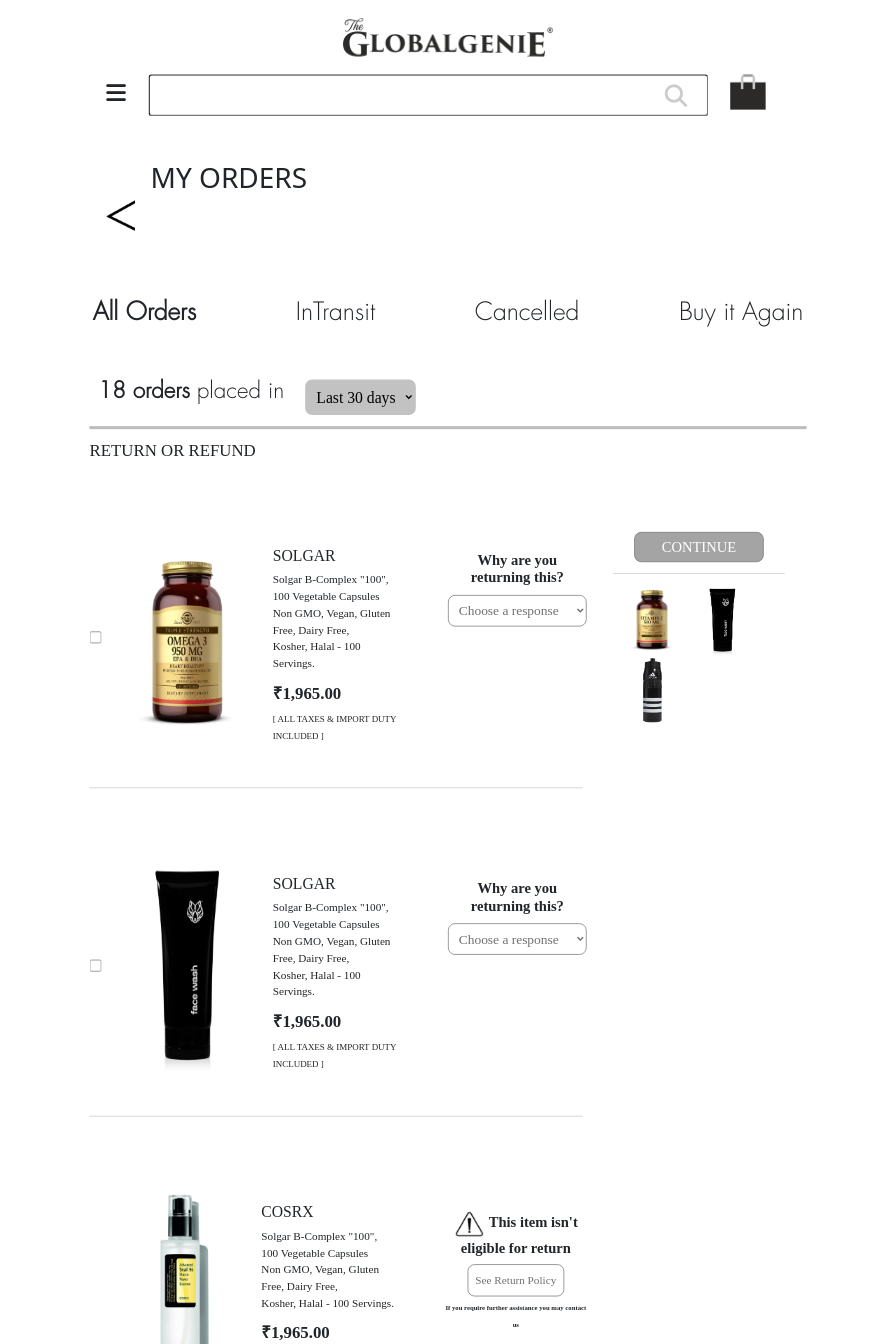
Repository: FlyweisReact/newGlobalGinie
Page: /return
An editor plug-in stored every save of this project. The page is shown before and after the next save, followed by the edit.
The browser window is 1280 px wide. The pictures show the part of the page from y = 0 to 1920 px (the page is 4357 px tall before and 4272 px after), at 70% of full size.
Some web libraries are served in a nearby version. The project was rebuilt for these pictures with package versions that can differ from the ones it lists, and the page was loaded fresh each time. Also part of the build but not shown: src/Screen/Address.js, src/Screen/AllOrders.js, src/Screen/AllProduct.js, src/Component/Hero2.js, src/Screen/Baby.css, src/Component/Reviews.js, src/Screen/Baby.js, src/Screen/CancelOrder.js and 34 more.

Above is the page before, as saved 2023-02-16 18:57:52.

### public/index.html
<!-- @format -->

<!DOCTYPE html>
<html lang="en">
  <head>
    <meta charset="utf-8" />
    <link rel="icon" href="%PUBLIC_URL%/favicon.ico" />
    <meta name="viewport" content="width=device-width, initial-scale=1" />
    <meta name="theme-color" content="#000000" />
    <meta
      name="description"
      content="Web site created using create-react-app"
    />
    <link rel="apple-touch-icon" href="%PUBLIC_URL%/logo192.png" />
    <link rel="manifest" href="%PUBLIC_URL%/manifest.json" />
    <meta content="width=device-width, initial-scale=1" name="viewport" />

    <title>Global Ginie</title>
  </head>
  <body>
    <noscript>You need to enable JavaScript to run this app.</noscript>
    <div id="root"></div>
  </body>
  <script
    src="https://kit.fontawesome.com/b533b351e4.js"
    crossorigin="anonymous"
  ></script>
</html>

### src/Screen/Return.js
/** @format */

import React, { useState } from "react";
import img1 from "../Assets/asset1.png";
import img2 from "../Assets/Oil.png";

import img3 from "../Assets/Vitamin C.png";
import img4 from "../Assets/618-39BSrgL._SL1500_.png";
import img5 from "../Assets/adidas Stadium 750 ML (26oz) Plastic Water Bottle.png";

import Oil from "../Assets/Oil.png";
import Hair from "../Assets/New 10.png";
import some from "../Assets/Chicco Baby Moments Soft Cleansing Baby Wipes, Ideal for Nappy, Face and Hand, Dermatologically Tested, Paraben Free, Fliptop Pack.png";
import clock from "../Assets/clock.png";
import Apple from "../Assets/Apple Watch Series 7 (GPS, 45mm) Midnight.png";
import adi from "../Assets/adidas Stadium 750 ML (26oz) Plastic Water Bottle.png";
import gel from "../Assets/618-39BSrgL._SL1500_.png";
import Give from "../Assets/Get Me This.png";

import Whatsapp from "../Assets/Whatsapp icon.png";
import phone from "../Assets/Phone call.png";
import Mail from "../Assets/Mail Icon.png";
import Footer from "../Component/Footer";

import img90 from "../Assets/exclamation-mark-symbol-warning-dangerous-icon-on-white-background-free-vector.png";

import img100 from "../Assets/New 10.png";
import { useNavigate } from "react-router-dom";

const Return = () => {
  const navigate = useNavigate();
  const [check, setCheck] = useState(false);

  function Show(data) {
    const target = document.getElementById(data);
    target.style.display = "block";
  }

  return (
    <>
      <div className="MyOrderHead">
        <img src={img1} alt="" />
        <h1>MY ORDERS</h1>
      </div>

      <div className="MyOrderFour">
        <h3 className="special">All Orders</h3>
        <h3 onClick={() => navigate("/inTransit")}>InTransit</h3>
        <h3 onClick={() => navigate("/orderCancel")}>Cancelled</h3>
        <h3 onClick={() => navigate("/orderSum")}>Buy it Again</h3>
      </div>

      <div className="MyOrderPlaced">
        <h2>
          {" "}
          <span style={{ fontWeight: "700" }}>18 orders </span> placed in{" "}
        </h2>
        <select>
          <option>Last 30 days</option>
        </select>
      </div>

      <hr className="MyOrderHr" />

      <div className="return">
        <h4>RETURN OR REFUND</h4>
      </div>

      <div className="MyOrderTwoSec">
        <div className="left">
          <input type={"checkbox"} onClick={() => setCheck(!check)} />
          <img src={img2} alt="" />
          <div className="desc">
            <h2>SOLGAR</h2>
            <p>
              Solgar B-Complex "100", 100 Vegetable Capsules
              <br />
              Non GMO, Vegan, Gluten Free, Dairy Free,
              <br />
              Kosher, Halal - 100 Servings.
            </p>
            <h6>₹1,965.00</h6>
            <span>[ ALL TAXES & IMPORT DUTY INCLUDED ]</span>
          </div>
          <div className="return">
            <h3>Why are you returning this?</h3>
            <select onClick={() => Show("first")}>
              <option>Choose a response</option>
              <option>Item Defective or Doesn't Work.</option>
              <option>Product and Shipping box both damaged</option>
              <option>Missing or Broken Parts.</option>
              <option>Wrong item was Sent.</option>
              <option>Others.</option>
            </select>

            <div style={{ marginTop: "5%", display: "none" }} id="first">
              <label style={{ textAllign: "left" }}>Comments (required):</label>{" "}
              <br />
              <textarea
                style={{ width: "100%", borderRadius: "5px", padding: "10px" }}
              />{" "}
              <br />
              <span>
                NOTE: Do not include personal information as these comments may
                be shared with external service providers to identify product
                defects.
              </span>
            </div>
          </div>
        </div>

        <div className="right">
          {check ? (
            <button
              style={{ backgroundColor: "black" }}
              onClick={() => navigate("/ReturnCom")}
            >
              CONTINUE
            </button>
          ) : (
            <button>CONTINUE</button>
          )}

          <hr style={{ width: "80%", marginLeft: "10%" }} />

          <div>
            <img src={img3} alt="" className="MyOrder-img" />
            <img src={img4} alt="" className="MyOrder-img" />
            <img src={img5} alt="" className="MyOrder-img" />
          </div>
        </div>
      </div>
      <hr
        style={{
          width: "55%",
          marginLeft: "10%",
          marginTop: "5%",
          marginBottom: "5%",
        }}
        className="MyOrderhrNew"
      />
      <div className="MyOrderTwoSec">
        <div className="left">
          <input type={"checkbox"} onClick={() => setCheck(!check)} />
          <img src={img4} alt="" />
          <div className="desc">
            <h2>SOLGAR</h2>
            <p>
              Solgar B-Complex "100", 100 Vegetable Capsules
              <br />
              Non GMO, Vegan, Gluten Free, Dairy Free,
              <br />
              Kosher, Halal - 100 Servings.
            </p>
            <h6>₹1,965.00</h6>
            <span>[ ALL TAXES & IMPORT DUTY INCLUDED ]</span>
          </div>
          <div className="return">
            <h3>Why are you returning this?</h3>
            <select onClick={() => Show("second")}>
              <option>Choose a response</option>
              <option>Item Defective or Doesn't Work.</option>
              <option>Product and Shipping box both damaged</option>
              <option>Missing or Broken Parts.</option>
              <option>Wrong item was Sent.</option>
              <option>Others.</option>
            </select>
            <div style={{ marginTop: "5%", display: "none" }} id="second">
              <label style={{ textAllign: "left" }}>Comments (required):</label>{" "}
              <br />
              <textarea
                style={{ width: "100%", borderRadius: "5px", padding: "10px" }}
              />{" "}
              <br />
              <span>
                NOTE: Do not include personal information as these comments may
                be shared with external service providers to identify product
                defects.
              </span>
            </div>
          </div>
        </div>
      </div>
      <hr
        style={{
          width: "55%",
          marginLeft: "10%",
          marginTop: "5%",
          marginBottom: "5%",
        }}
      />
      <div className="MyOrderTwoSec">
        <div className="left">
          <img src={img100} alt="" style={{ marginLeft: "2%" }} />
          <div className="desc">
            <h2>COSRX</h2>
            <p>
              Solgar B-Complex "100", 100 Vegetable Capsules
              <br />
              Non GMO, Vegan, Gluten Free, Dairy Free,
              <br />
              Kosher, Halal - 100 Servings.
            </p>
            <h6>₹1,965.00</h6>
            <span>[ ALL TAXES & IMPORT DUTY INCLUDED ]</span>
          </div>
          <div className="return">
            <h3>
              <img src={img90} alt="" /> This item isn't eligible for return{" "}
            </h3>
            <button onClick={() => navigate("/returnRefundPolicy")}>
              See Return Policy{" "}
            </button>
            <br />
            <span>If you require further assistance you may contact us</span>
          </div>
        </div>
      </div>
      <hr
        style={{
          width: "55%",
          marginLeft: "10%",
          marginTop: "5%",
          marginBottom: "5%",
        }}
      />
      <div className="MyOrderTwoSec">
        <div className="left">
          <input type={"checkbox"} onClick={() => setCheck(!check)} />
          <img src={img5} alt="" />
          <div className="desc">
            <h2>SOLGAR</h2>
            <p>
              Solgar B-Complex "100", 100 Vegetable Capsules
              <br />
              Non GMO, Vegan, Gluten Free, Dairy Free,
              <br />
              Kosher, Halal - 100 Servings.
            </p>
            <h6>₹1,965.00</h6>
            <span>[ ALL TAXES & IMPORT DUTY INCLUDED ]</span>
          </div>
          <div className="return">
            <h3>Why are you returning this?</h3>
            <select onClick={() => Show("third")}>
              <option>Choose a response</option>
              <option>Item Defective or Doesn't Work.</option>
              <option>Product and Shipping box both damaged</option>
              <option>Missing or Broken Parts.</option>
              <option>Wrong item was Sent.</option>
              <option>Others.</option>
            </select>

            <div style={{ marginTop: "5%", display: "none" }} id="third">
              <label style={{ textAllign: "left" }}>Comments (required):</label>{" "}
              <br />
              <textarea
                style={{ width: "100%", borderRadius: "5px", padding: "10px" }}
              />{" "}
              <br />
              <span>
                NOTE: Do not include personal information as these comments may
                be shared with external service providers to identify product
                defects.
              </span>
            </div>
          </div>
        </div>
      </div>

      <div className="MyOrder2">
        {check ? (
          <button
            style={{ backgroundColor: "black" }}
            onClick={() => navigate("/ReturnCom")}
          >
            CONTINUE
          </button>
        ) : (
          <button>CONTINUE</button>
        )}
        <hr style={{ width: "80%", marginLeft: "10%" }} />

        <div>
          <img src={img3} alt="" className="MyOrder-img" />
          <img src={img4} alt="" className="MyOrder-img" />
          <img src={img5} alt="" className="MyOrder-img" />
        </div>
      </div>

      <h1
        style={{
          textAlign: "center",
          fontFamily: "MonumentMine",
          marginTop: "15%",
        }}
      >
        RECENTLY VIEWED
      </h1>

      <div className="many">
        <div>
          <img src={Hair} alt="" />
        </div>
        <div>
          <img src={some} alt="" />
        </div>
        <div>
          <img src={Apple} alt="" id="app" />
        </div>
        <div>
          <img src={clock} alt="" id="clock" />
        </div>
        <div>
          <img src={Oil} alt="" />
        </div>
        <div>
          <img src={adi} alt="" />
        </div>
        <div>
          <img src={gel} alt="" />
        </div>
      </div>

      <div className="Give">
        <img src={Give} alt="" />
      </div>

      <h1 style={{ textAlign: "center", fontFamily: "MonumentMine" }}>
        TALK TO HUMAN
      </h1>
      <div className="human">
        <div>
          <img src={phone} alt="" />
          <h3 style={{ fontWeight: "400", paddingTop: "10%" }}>PHONE</h3>
        </div>
        <div className="Hori"></div>
        <div>
          <img src={Mail} alt="" />
          <h3 style={{ fontWeight: "400", paddingTop: "10%" }}>EMAIL US</h3>
        </div>
        <div className="Hori"></div>

        <div>
          <img src={Whatsapp} alt="" />
          <h3 style={{ fontWeight: "400", paddingTop: "10%" }}>WHATSAPP US</h3>
        </div>
      </div>
      <Footer />
    </>
  );
};

export default Return;

Loaded but not shown: src/Component/NavBar.js (275 lines, source omitted); src/App.js (99 lines, source omitted); src/Component/Footer.js (53 lines, source omitted); src/index.js (14 lines, source omitted); src/index.css (2610 lines, source omitted)

After the next save:
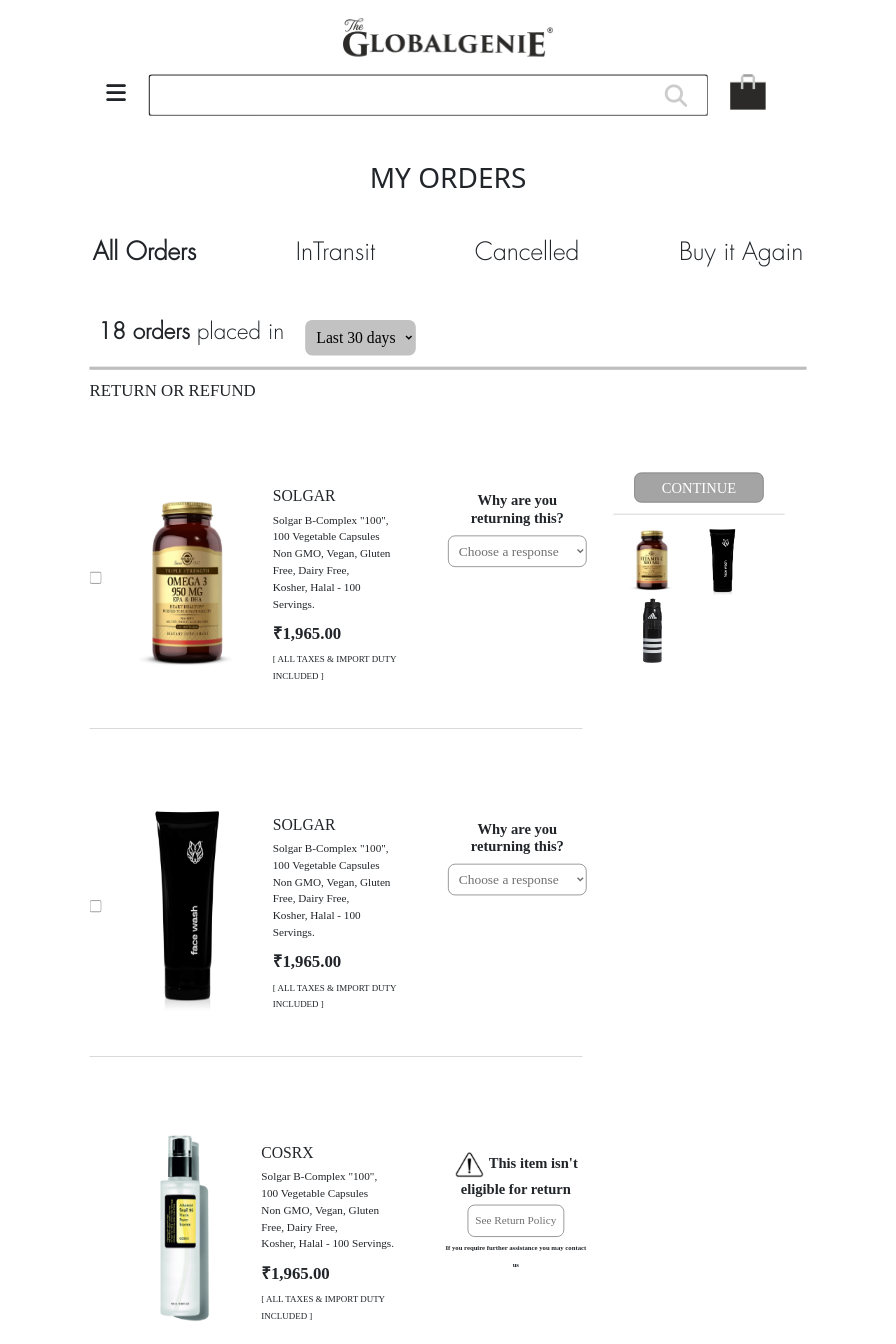
Saved 69 s later.
--- a/src/Screen/Return.js
+++ b/src/Screen/Return.js
@@ -39,8 +39,8 @@
   return (
     <>
       <div className="MyOrderHead">
-        <img src={img1} alt="" />
-        <h1>MY ORDERS</h1>
+         {/* <img src={img1} alt="" /> */}
+         <h1 style={{ textAlign: "center", display: "block", margin: "auto" }}>MY ORDERS</h1>
       </div>
 
       <div className="MyOrderFour">
